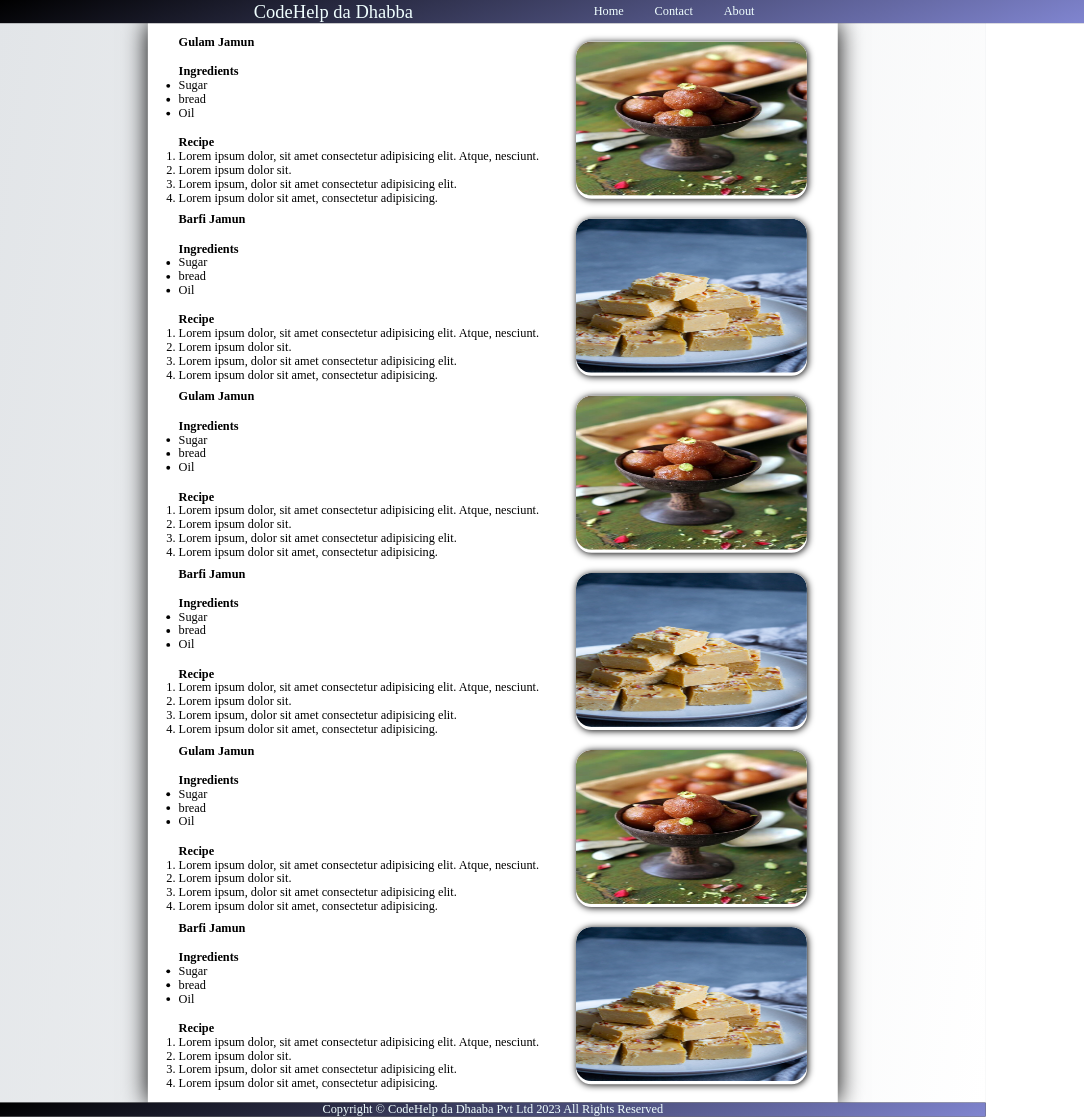
Repository: ssaddamhuss100/Recipe_Html_css
Page: index.html
The author's editor kept a copy of each file at every save. The page is drawn from the files as they stood at one save, then again after a run of saves.
The browser window is 1280 px wide. The page is 1408 px wide, so the pictures cover 1408 px, including what lies to the right of the window. The pictures show the whole page, at 77% of full size.

Above is the page before, as saved 2024-12-12 11:00:17.

### index.html
<!DOCTYPE html>
<html lang="en">
<head>
    <meta charset="UTF-8">
    <meta http-equiv="X-UA-Compatible" content="IE=edge">
    <meta name="viewport" content="width=device-width, initial-scale=1.0">
    <title>Codehelp da Dhaaba</title>
    <link rel="stylesheet" href="style.css">
</head>
<body>

    <div class="container">

        <header>
            <div class="navContainer">
                <nav>
                    <ul id="navList">
                        <li>
                            <p id="navLogo">CodeHelp da Dhabba</p>
                        </li>
                        <li>
                            <div id="navItems">
                                <a href="#">Home</a>
                                <a href="#">Contact</a>
                                <a href="#">About</a>
                            </div>
                        </li>
                    </ul>
                </nav>
            </div>
        </header>

        <main>
            <div class="contentBox">
                <!-- item 1  -->
                <section>
                    <div class="item">
                        <div class="leftBox">
                            <!-- heaeding -->
                            <h2>Gulam Jamun</h2>

                            <div>
                                <h2>Ingredients</h2>
                                <ul class="ingBox">
                                    <li>Sugar</li>
                                    <li>bread</li>
                                    <li>Oil</li>
                                </ul>
                            </div>

                            <div>
                                <h2>Recipe</h2>
                                <ol class="recipeBox">
                                    <li>Lorem ipsum dolor, sit amet consectetur adipisicing elit. Atque, nesciunt.</li>
                                    <li>Lorem ipsum dolor sit.</li>
                                    <li>Lorem ipsum, dolor sit amet consectetur adipisicing elit.</li>
                                    <li>Lorem ipsum dolor sit amet, consectetur adipisicing.</li>
                                </ol>
                            </div>



                        </div>

                        <div class="rightBox">
                            <img
                                src="bread-gulab-jamun-recipe.jpg"
                            />
                            <div class="overlay">
                                <span> Click here to Buy</span>
                            </div>
                        </div>
                    </div>
                </section>

                <section>
                    <div class="item">
                        <div class="leftBox">
                            <!-- heaeding -->
                            <h2>Barfi Jamun</h2>

                            <div>
                                <h2>Ingredients</h2>
                                <ul>
                                    <li>Sugar</li>
                                    <li>bread</li>
                                    <li>Oil</li>
                                </ul>
                            </div>

                            <div>
                                <h2>Recipe</h2>
                                <ol>
                                    <li>Lorem ipsum dolor, sit amet consectetur adipisicing elit. Atque, nesciunt.</li>
                                    <li>Lorem ipsum dolor sit.</li>
                                    <li>Lorem ipsum, dolor sit amet consectetur adipisicing elit.</li>
                                    <li>Lorem ipsum dolor sit amet, consectetur adipisicing.</li>
                                </ol>
                            </div>



                        </div>
                        <div class="rightBox">
                            <img
                                src="Magaz-5-of-5-2-960x1440.jpg"
                            />
                        </div>
                    </div>
                </section>

                <section>
                    <div class="item">
                        <div class="leftBox">
                            <!-- heaeding -->
                            <h2>Gulam Jamun</h2>

                            <div>
                                <h2>Ingredients</h2>
                                <ul class="ingBox">
                                    <li>Sugar</li>
                                    <li>bread</li>
                                    <li>Oil</li>
                                </ul>
                            </div>

                            <div>
                                <h2>Recipe</h2>
                                <ol class="recipeBox">
                                    <li>Lorem ipsum dolor, sit amet consectetur adipisicing elit. Atque, nesciunt.</li>
                                    <li>Lorem ipsum dolor sit.</li>
                                    <li>Lorem ipsum, dolor sit amet consectetur adipisicing elit.</li>
                                    <li>Lorem ipsum dolor sit amet, consectetur adipisicing.</li>
                                </ol>
                            </div>



                        </div>

                        <div class="rightBox">
                            <img
                                src="bread-gulab-jamun-recipe.jpg"
                            />
                            <div class="overlay">
                                <span> Click here to Buy</span>
                            </div>
                        </div>
                    </div>
                </section>

                <section>
                    <div class="item">
                        <div class="leftBox">
                            <!-- heaeding -->
                            <h2>Barfi Jamun</h2>

                            <div>
                                <h2>Ingredients</h2>
                                <ul>
                                    <li>Sugar</li>
                                    <li>bread</li>
                                    <li>Oil</li>
                                </ul>
                            </div>

                            <div>
                                <h2>Recipe</h2>
                                <ol>
                                    <li>Lorem ipsum dolor, sit amet consectetur adipisicing elit. Atque, nesciunt.</li>
                                    <li>Lorem ipsum dolor sit.</li>
                                    <li>Lorem ipsum, dolor sit amet consectetur adipisicing elit.</li>
                                    <li>Lorem ipsum dolor sit amet, consectetur adipisicing.</li>
                                </ol>
                            </div>



                        </div>
                        <div class="rightBox">
                            <img
                                src="Magaz-5-of-5-2-960x1440.jpg"
                            />
                        </div>
                    </div>
                </section>

                <section>
                    <div class="item">
                        <div class="leftBox">
                            <!-- heaeding -->
                            <h2>Gulam Jamun</h2>

                            <div>
                                <h2>Ingredients</h2>
                                <ul class="ingBox">
                                    <li>Sugar</li>
                                    <li>bread</li>
                                    <li>Oil</li>
                                </ul>
                            </div>

                            <div>
                                <h2>Recipe</h2>
                                <ol class="recipeBox">
                                    <li>Lorem ipsum dolor, sit amet consectetur adipisicing elit. Atque, nesciunt.</li>
                                    <li>Lorem ipsum dolor sit.</li>
                                    <li>Lorem ipsum, dolor sit amet consectetur adipisicing elit.</li>
                                    <li>Lorem ipsum dolor sit amet, consectetur adipisicing.</li>
                                </ol>
                            </div>



                        </div>

                        <div class="rightBox">
                            <img
                                src="bread-gulab-jamun-recipe.jpg"
                            />
                            <div class="overlay">
                                <span> Click here to Buy</span>
                            </div>
                        </div>
                    </div>
                </section>

                <section>
                    <div class="item">
                        <div class="leftBox">
                            <!-- heaeding -->
                            <h2>Barfi Jamun</h2>

                            <div>
                                <h2>Ingredients</h2>
                                <ul>
                                    <li>Sugar</li>
                                    <li>bread</li>
                                    <li>Oil</li>
                                </ul>
                            </div>

                            <div>
                                <h2>Recipe</h2>
                                <ol>
                                    <li>Lorem ipsum dolor, sit amet consectetur adipisicing elit. Atque, nesciunt.</li>
                                    <li>Lorem ipsum dolor sit.</li>
                                    <li>Lorem ipsum, dolor sit amet consectetur adipisicing elit.</li>
                                    <li>Lorem ipsum dolor sit amet, consectetur adipisicing.</li>
                                </ol>
                            </div>



                        </div>
                        <div class="rightBox">
                            <img
                                src="Magaz-5-of-5-2-960x1440.jpg"
                            />
                        </div>
                    </div>
                </section>
            </div>
        </main>

        <footer>
           <div class="footerBox">
                <p>
                    Copyright  &copy; CodeHelp da Dhaaba Pvt Ltd 2023 All Rights Reserved
                </p>
           </div>
        </footer>


    </div>

</body>
</html>

### style.css
*{
    margin: 0;
    padding: 0;
    box-sizing: border-box;
}
.container{
    height: 100%;
    width: 100%;
    overflow-x: none;
    background-color: #e2e5e8;
    background-image: linear-gradient(98deg, #e2e5e8 0%, #ffffff 100%);

}

.navContainer{
    width: 110vw;
    /* background-color: rgba(113, 113, 154, 0.776);
    */
    background-color: #000000;
   background-image: linear-gradient(160deg, #000000 0%, #8085d0 100%);

    min-height: 30px;
    display: flex;
    justify-content: center;
    align-items: center;
    position: relative;
}
nav{
    width: 70%;
}
#navList{
    width: 90%;
    padding: 1px;

    list-style: none;
    font-size: 1rem;
    display: flex;
    justify-content: space-around;
    align-items: center;
}

#navLogo{
    font-size: 1.5rem;
    color: azure;
}

a{
    text-decoration: none;
    color: azure;
}
#navItems{
    display: flex;
    gap:40px;

}

footer{
    width: 100%;
}

.footerBox{
    background-color: #000000;
    background-image: linear-gradient(160deg, #000000 0%, #8085d0 100%);
    width: 100%;
    text-align: center;
    min-height: 10px;
}

.footerBox p {
    color: azure;
    font-size: 1rem;
}

.contentBox{
    width: 70%;
    margin: auto;
    background-color: white;
    display: flex;
    flex-direction: column;
    gap: 10px;
    padding: 1rem;
    box-shadow: 0px 0px 30px black;
}

.item{
    display: flex;
    justify-content: space-around;
    align-items: center;
}

.rightBox{
    position: relative;
    overflow: hidden;
    transition: all 0.3s linear 0s;
    box-shadow: 1px 1px 10px black;
    border-radius: 20px;
}

.rightBox img{
    height: 200px;
    width: 300px;
    border-radius: 20px;
    transition: all 0.6s linear 0s;
}

.rightBox:hover{
    transform: scale(1.1);
}

.leftBox{
    display: flex;
    flex-direction: column;
    gap: 20px;
}
.leftBox h2{
    font-size: 1rem;
}

.ingBox{
    font-size: 1rem;
}

.recipeBox{
    font-size: 1rem;
}

.rightBox .overlay{
    position: absolute;
    top: 0;
    left: 0;
    height: 100%;
    width: 100%;
    background-color: rgba(36, 34, 34, 0.713);
    border-radius: 20px;
    display: flex;
    align-items: center;
    justify-content: center;
    opacity: 0;
    transition: all 0.3s linear 0s;
}

.rightBox:hover .overlay{
    opacity: 1;
}

.rightBox .overlay span{
    color: white;
    font-size: 1.2rem;
}

After the next 2 saves:
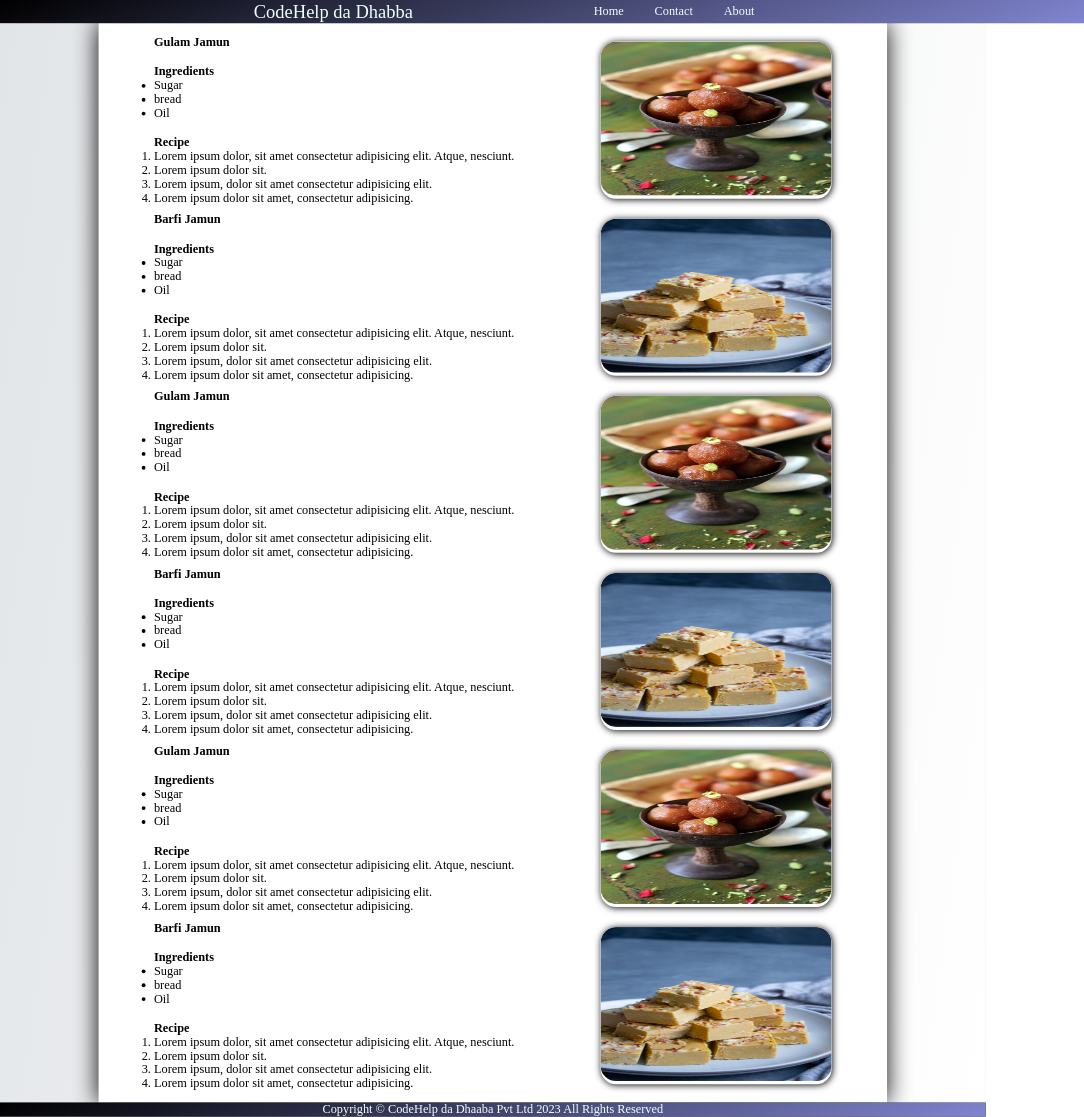
The 2 saves are shown as one change because they came seconds apart.
The last was saved 14 s later.
--- a/style.css
+++ b/style.css
@@ -72,7 +72,7 @@ footer{
 }
 
 .contentBox{
-    width: 70%;
+    width: 80%;
     margin: auto;
     background-color: white;
     display: flex;
